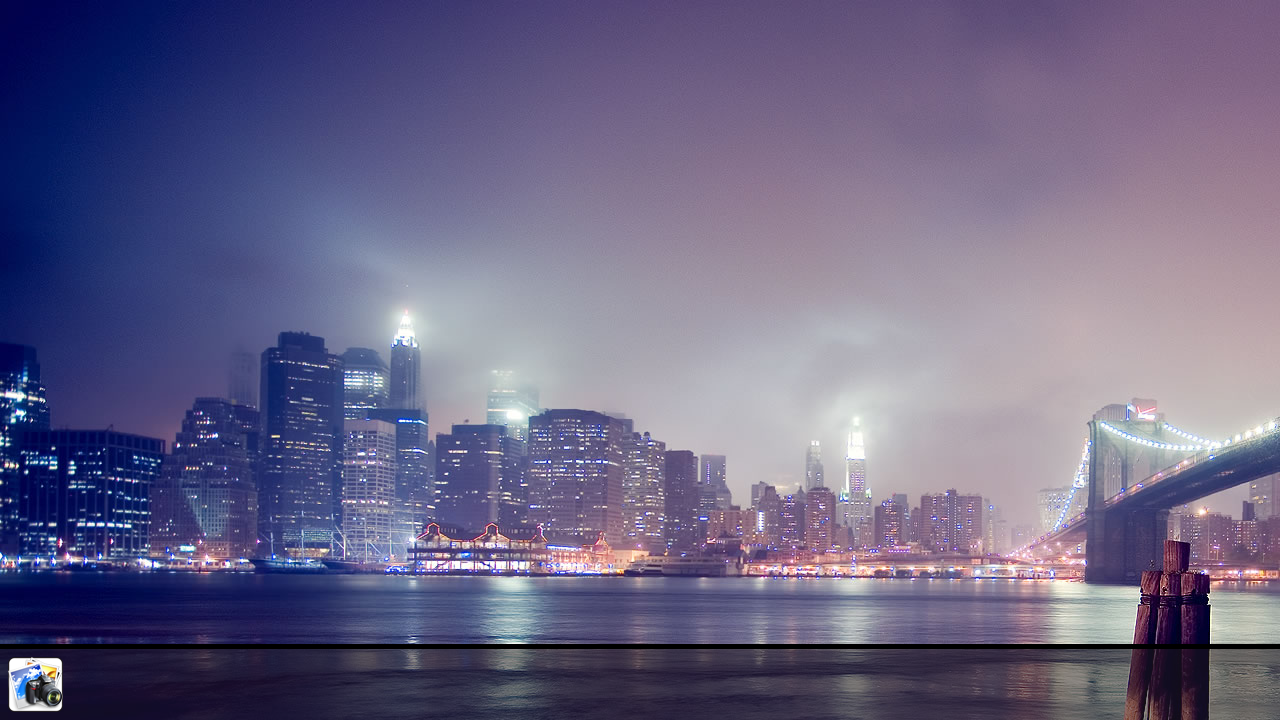
Repository: Marco30/1dv403-laborationer
Page: 5-projekt/index.html
The author's editor kept a record of every edit. The page is drawn from the files as they stood at one moment, then again after the next edit.
The browser window is 1280 px wide. The pictures show the whole page.
Pictures or frames that could not be fetched are drawn as grey boxes. The page's requests for data from a server got no answer.

Above is the page before.
Console error: SyntaxError: Unexpected token '}'

After the next edit:
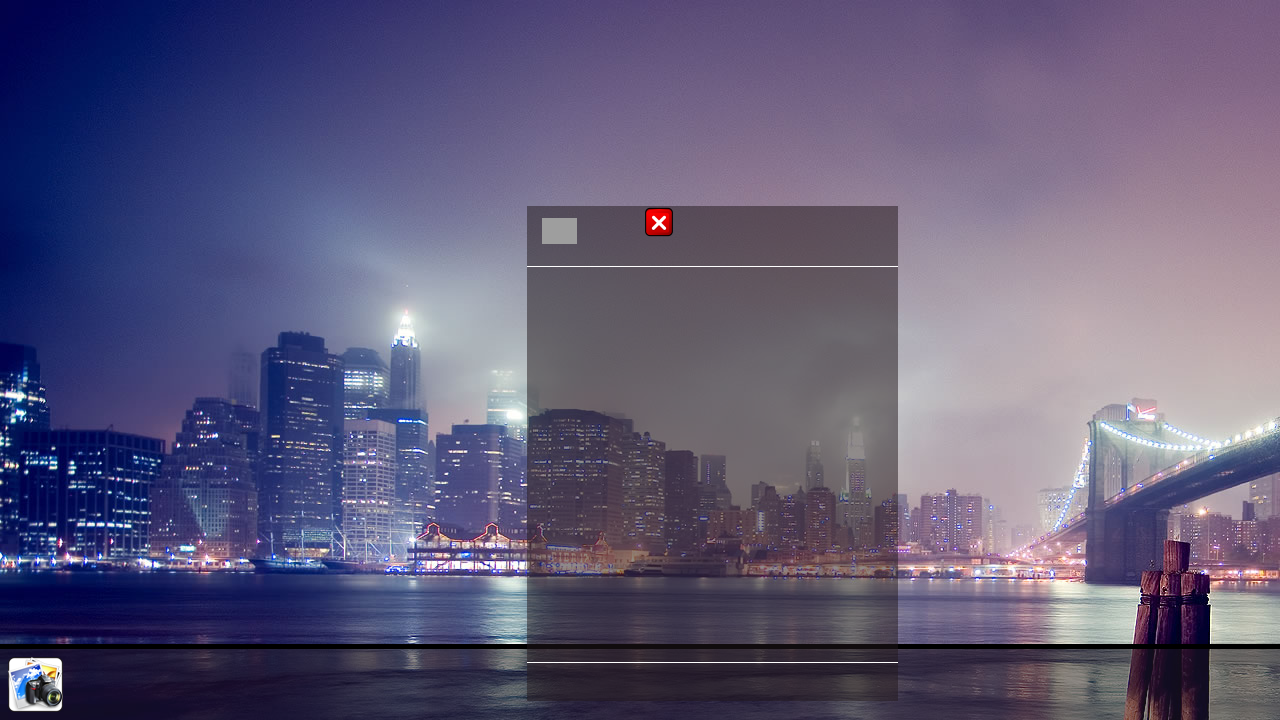
Console error: TypeError: Failed to execute 'removeChild' on 'Node': parameter 1 is not of type 'Node'.
The edit:
--- a/5-projekt/script/Desktop.js
+++ b/5-projekt/script/Desktop.js
@@ -205,7 +205,4 @@
 
 };
 
-
-};
-
 window.onload = Desktop.laddarner;
